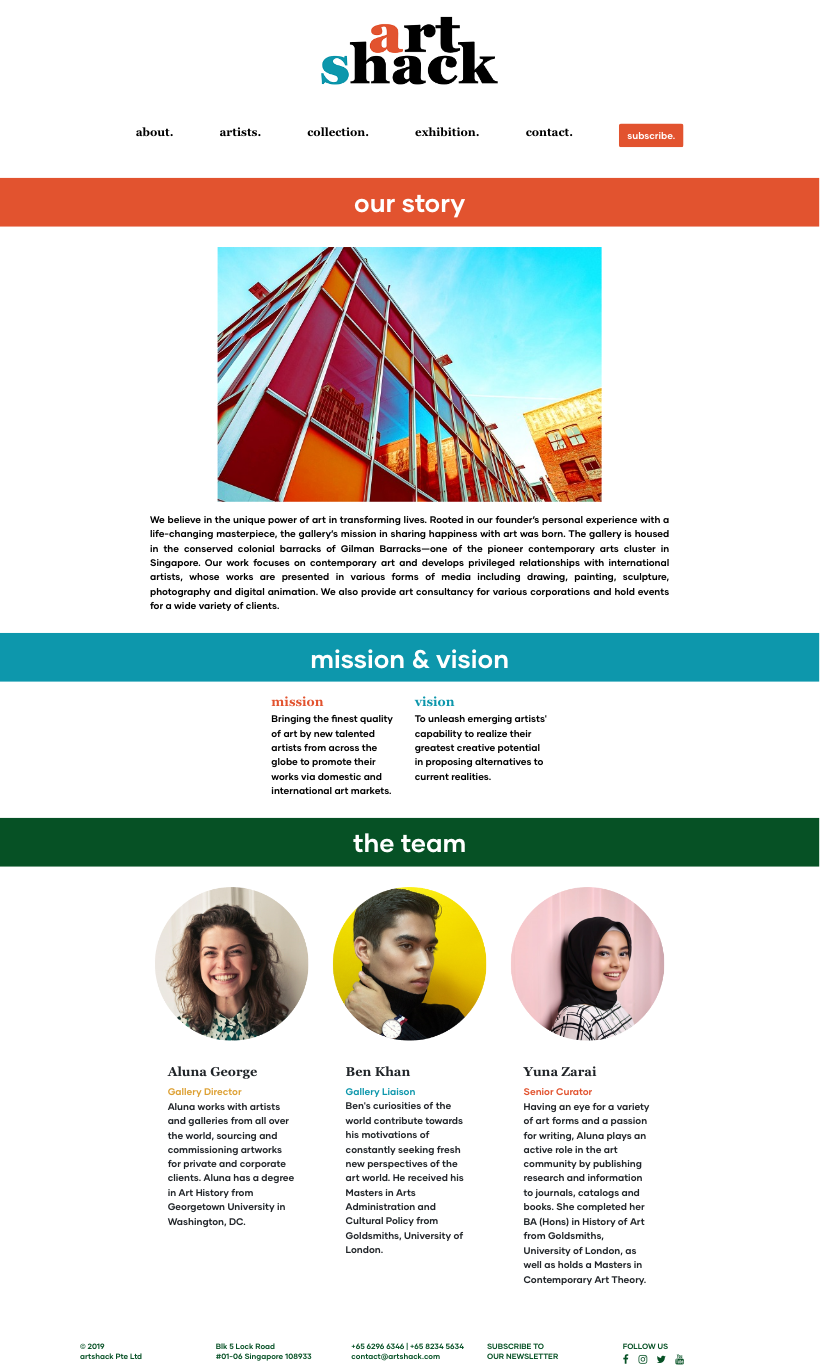
Repository: lynette-lyf/artshack
Page: about.html
The author's editor kept a record of every edit. The page is drawn from the files as they stood at one moment, then again after the next edit.
The browser window is 1280 px wide. The page is 1295 px wide, so the pictures cover 1295 px, including what lies to the right of the window. The pictures show the whole page, at 64% of full size.

Above is the page before.
Not found: about.css

### about.html
<!doctype html>
<html lang="en">

<head>
  <!-- Required meta tags -->
  <meta charset="utf-8">
  <meta name="viewport" content="width=device-width, initial-scale=1, shrink-to-fit=no">

  <!-- Bootstrap CSS -->
  <link rel="stylesheet" href="https://stackpath.bootstrapcdn.com/bootstrap/4.3.1/css/bootstrap.min.css" integrity="sha384-ggOyR0iXCbMQv3Xipma34MD+dH/1fQ784/j6cY/iJTQUOhcWr7x9JvoRxT2MZw1T" crossorigin="anonymous">
  <link rel="stylesheet" href="about.css" />
  <link rel="stylesheet" href="https://cdnjs.cloudflare.com/ajax/libs/font-awesome/4.7.0/css/font-awesome.min.css">
  <title>artshack | about</title>

  <style>
/* font converted using font-converter.net. thank you! */
@font-face {
  font-family: "Georgia-Bold";
  src: url("./fonts/georgiab.eot"); /* IE9 Compat Modes */
  src: url("./fonts/georgiab.eot?#iefix") format("embedded-opentype"), /* IE6-IE8 */
    url("./fonts/georgiab.otf") format("opentype"), /* Open Type Font */
    url("./fonts/georgiab.svg") format("svg"), /* Legacy iOS */
    url("./fonts/georgiab.ttf") format("truetype"), /* Safari, Android, iOS */
    url("./fonts/georgiab.woff") format("woff"), /* Modern Browsers */
    url("./fonts/georgiab.woff2") format("woff2"); /* Modern Browsers */
  font-weight: normal;
  font-style: normal;
}

@font-face {
  font-family: "GilmerBold";
  src: url("./fonts/GilmerBold.eot"); /* IE9 Compat Modes */
  src: url("./fonts/GilmerBold.eot?#iefix") format("embedded-opentype"), /* IE6-IE8 */
    url("./fonts/GilmerBold.otf") format("opentype"), /* Open Type Font */
    url("./fonts/GilmerBold.svg") format("svg"), /* Legacy iOS */
    url("./fonts/GilmerBold.ttf") format("truetype"), /* Safari, Android, iOS */
    url("./fonts/GilmerBold.woff") format("woff"), /* Modern Browsers */
    url("./fonts/GilmerBold.woff2") format("woff2"); /* Modern Browsers */
  font-weight: normal;
  font-style: normal;
}

    .logo {
      width: 280px;
    }

    /*Custom BootStrap4 CSS Styling credits to Saranya Rajendran @ https://stackoverflow.com/questions/49400853/how-to-change-navbar-hover-color-on-bootstrap-4/49405726*/

    .navbar-light .navbar-brand {
      color: black;
    }

    .navbar-light .navbar-nav .active>.nav-link,
    .navbar-light .navbar-nav .nav-link.active,
    .navbar-light .navbar-nav .nav-link.show,
    .navbar-light .navbar-nav .show>.nav-link {
      color: black;
    }

    .navbar-light .navbar-nav .nav-link {
      color: black;
    }

    .navbar-light .navbar-nav .nav-link-about,
    .navbar-light .navbar-nav .nav-link-artists,
    .navbar-light .navbar-nav .nav-link-collection,
    .navbar-light .navbar-nav .nav-link-exhibition,
    .navbar-light .navbar-nav .nav-link-contact {
      color: black;
    }

    .navbar-light .navbar-nav .nav-link-about:hover,
    .navbar-light .navbar-nav .nav-link-contact:hover {
      color: rgb(13, 151, 172) !important;
      text-decoration: none;
    }

    .navbar-light .navbar-nav .nav-link-artists:hover {
      color: rgb(6, 81, 37) !important;
      text-decoration: none;
    }

    .navbar-light .navbar-nav .nav-link-collection:hover {
      color: rgb(221, 160, 51) !important;
      text-decoration: none;
    }

    .navbar-light .navbar-nav .nav-link-exhibition:hover {
      color: rgb(226, 83, 47) !important;
      text-decoration: none;
    }

    .navbar ul {
      display: flex;
      align-items: stretch;
      /* Default */
      justify-content: space-around;
      width: 100%;
      background: #fff;
      margin: 0;
      padding: 0;
    }

    .navbar li {
      display: block;
      flex: 0 1 auto;
      /* Default */
      list-style-type: none;
      background: #fff;
    }

    .navbar .nav-item-subscribe {
      color: white;
    }

    .navbar {
      font-family: Georgia-Bold;
      color: black;
      font-size: 18px;
    }

.navbar .navbar-toggler-icon {
  background-image: url(images/navicon.png);!important
}

    form {
      font-family: GilmerBold;
    }

    .form-group .form-control {
      background-color: rgb(6, 81, 37);
      color: white;
    }

    .btn {
      font-family: GilmerBold;
      font-size: 15px;
      color: white;
      background-color: rgb(226, 83, 47);
    }

    .btn:hover {
      color: white;
      background-color: rgb(13, 151, 172);
    }

    .btn:focus {
      color: orange;
    }

    .box {
      background-color: white;
      color: white;
    }

.container-fluid-footer h3 {
  font-family: GilmerBold;
  font-size: 12px;
  color: rgb(6,81,37);
}

.container-fluid-footer h3 a {
  text-decoration: none;
  color: rgb(6,81,37);
}


.container-fluid-footer #socials a {
  text-decoration: none;
  color: rgb(6,81,37);
  margin: 6px;
}

.container-fluid-footer #socials a:hover,
.container-fluid-footer h3 a:hover,
.container-fluid-footer .newsletter:hover{
  color: rgb(221,160,51);
}

@media (max-width: 1023px) {
  .container-fluid-footer .newsletter { display: none; }
}

.container-fluid-ourstory #our-story,
.container-fluid-objective #objective,
.container-fluid-team #team {
  font-family: GilmerBold;
  font-size:40px;
  color:white;
}

.container-fluid-ourstory {
  background-color: rgb(226,83,47);
}

.container-fluid-ourstorycontent p {
  font-family:GilmerBold;
  font-size: 15px;
  color: black;
}

.container-fluid-objective {
  background-color: rgb(13,151,172);
}

.container-fluid-team {
  background-color: rgb(6,81,37);
}

  </style>

</head>



<header>
  <!--LOGO WITH NAVIGATION TO HOMEPAGE-->
  <div class="container-fluid">
    <div class="logo mx-auto pt-4">
      <a href="index.html"><img class="img-fluid" src="images/logo.png"></img></a>
    </div>

  </div>

  <div class="container-fluid pl-0 pr-0">
    <!--NAVBAR-->
    <nav class="navbar navbar-expand-lg navbar-light bg-nobg w-75 d-block mx-auto">
      <a class="navbar-brand" href="#"></a>
      <button class="navbar-toggler" style="border:none;" type="button" data-toggle="collapse" data-target="#navbarNav" aria-controls="navbarNav" aria-expanded="false" aria-label="Toggle navigation">
    <span class="navbar-toggler-icon"></span>
  </button>
      <div class="collapse navbar-collapse" id="navbarNav">
        <ul class="navbar-nav">
          <li class="nav-item active">
            <a class="nav-link-about" href="about.html">about.</a>
          </li>
          <li class="nav-item">
            <a class="nav-link-artists" href="artists.html">artists.</a>
          </li>
          <li class="nav-item">
            <a class="nav-link-collection" href="index.html#collection">collection.</a>
          </li>
          <li class="nav-item">
            <a class="nav-link-exhibition" href="index.html#current-exhibition">exhibition.</a>
          </li>
          <li class="nav-item">
            <a class="nav-link-contact" href="index.html#contact">contact.</a>
          </li>
          <!--Modal credits to https://mdbootstrap.com/docs/jquery/modals/forms/-->
          <li class="nav-item-subscribe">
            <a class="btn btn-default btn-rounded mb-4" data-toggle="modal" data-target="#modalSubscriptionForm">subscribe.</a>
          </li>
          <div class="modal fade" id="modalSubscriptionForm" tabindex="-1" role="dialog" aria-labelledby="myModalLabel" aria-hidden="true">
            <div class="modal-dialog" role="document">
              <div class="modal-content" style="background-color:rgb(221,160,51);">
                <div class="modal-header text-center mx-auto" style="color: white;background-color:rgb(221,160,51);">
                  <h4 class="modal-title">Subscribe to our Newsletter
                    <div style="font-size: 14px">(& get exclusive invitations to
                      <div> our exhibition openings!)</div>
                    </div>
                  </h4>
                  <button type="button" class="close" data-dismiss="modal" aria-label="Close">
          <span aria-hidden="true">&times;</span>
        </button>
                </div>
                <div class="modal-body" style="color: white;background-color:rgb(6,81,37);">
                  <div class="md-form mb-1 mt-2 mx-3">
                    <input type="text" id="form3" class="form-control validate">
                    <label data-error="wrong" data-success="right" for="form3">name</label>
                  </div>



                  <div class="md-form mx-3">
                    <input type="email" id="form2" class="form-control validate">
                    <label data-error="wrong" data-success="right" for="form2">email address</label>
                  </div>

                </div>
                <div class="modal-footer d-flex justify-content-center" style="color: white;background-color:rgb(226,83,47);>
                <button id="submit" type="submit" class="btn" data-dismiss="modal">Subscribe</button>
      </div>
    </div>
  </div>
</div>
        </ul>
      </div>
    </nav>
</header>

<body>
<!--OUR STORY-->
<div class="container-fluid-ourstory mt-3 mb-3">
            <div class="row ">
              <div class="col text-center my-2 mx-3" id="our-story">our story</div>
            </div>
</div>
<div class="container-fluid-ourstorycontent">
<div class="row">
<div class="col pt-3 pb-3">
<img class="img-fluid mx-auto d-block" src="images/galleryexterior.jpg"></div>
<div class="row text-left justify-content-center mx-4">
  <div class="col col-lg-8">
    <p class="text-justify">We believe in the unique power of art in transforming lives.
    Rooted in our founder’s personal experience with a life-changing masterpiece,
    the gallery’s mission in sharing happiness with art was born. The gallery is
    housed in the conserved colonial barracks of Gilman Barracks—one of the pioneer
    contemporary arts cluster in Singapore. Our work focuses on contemporary art and
    develops privileged relationships with international artists, whose works are
    presented in various forms of media including drawing, painting, sculpture,
    photography and digital animation. We also provide art consultancy for various
    corporations and hold events for a wide variety of clients.</p>
</div>
</div>
</div>
<!--MISSION & VISION-->
<div class="container-fluid-objective mt-3 mb-3">
            <div class="row ">
              <div class="col text-center my-2 mx-1" id="objective">mission & vision</div>
            </div>
</div>
<div class="row justify-content-center mx-3">
<div class="col col-lg-2 col-md-6 col-sm-8 mx-2 px-0 py-0"><span style="font-family: Georgia-Bold; font-size: 20px; color: rgb(226,83,47)">mission</span><br>
<p style="font-family: GilmerBold; font-size:15px;">Bringing the finest quality of art by new talented artists from
across the globe to promote their works via domestic and international art markets.</p></div>

<div class="col col-lg-2 col-md-6 col-sm-8 mx-2 px-0 py-0"><span style="font-family: Georgia-Bold; font-size: 20px; color: rgb(13,151,172)">vision</span><br>
<p style="font-family: GilmerBold; font-size:15px;">To unleash emerging artists' capability to realize their greatest creative potential in proposing alternatives to current realities.</p></div>

</div>
</div>

<!--THE TEAM-->

<div class="container-fluid-team mt-3 mb-3">
            <div class="row ">
              <div class="col text-center my-2 mx-1" id="team">the team</div>
            </div>

</div>


<div class="container-fluid-teaminfo d-flex justify-content-center">
<div class="row">
<div class="col pt-3 pb-3 mx-1">
<div class="card mx-auto" style="width: 15rem; border:none;">
  <img src="images/about1.png" class="card-img-top" alt="...">
  <div class="card-body h-100">
    <p class="card-text">
    <h2 style="font-family: Georgia-Bold; font-size: 20px;">Aluna George</h2>
    <div style="font-family: GilmerBold; font-size: 15px; color: rgb(221,160,51); margin:0px;">Gallery Director</div>

    <p style="font-family: GilmerBold; font-size: 15px;">
  Aluna works with artists and galleries from all over the world,
  sourcing and commissioning artworks for private and corporate clients.
  Aluna has a degree in Art History from Georgetown University in Washington, DC.
</p>
  </div>


</div>
</div>

<div class="col pt-3 pb-3 mx-1">
<div class="card mx-auto" style="width: 15rem; border:none;">
  <img src="images/about2.png" class="card-img-top" alt="...">
  <div class="card-body h-100">
    <p class="card-text">
    <h2 style="font-family: Georgia-Bold; font-size: 20px;">Ben Khan</h2>
    <div style="font-family: GilmerBold; font-size: 15px; color: rgb(13,151,172); margin:0px;">Gallery Liaison</div>

    <p style="font-family: GilmerBold; font-size: 15px;">
    Ben's curiosities of the world contribute towards his motivations
    of constantly seeking fresh new perspectives of the art world.
    He received his Masters in Arts Administration and Cultural Policy from Goldsmiths, University of London.
</p>

  </div>
</div>
</div>

<div class="col pt-3 pb-3 mx-1">
<div class="card mx-auto" style="width: 15rem; border:none;">
  <img src="images/about3.png" class="card-img-top" alt="...">
  <div class="card-body h-100">
    <p class="card-text">
     <h2 style="font-family: Georgia-Bold; font-size: 20px;">Yuna Zarai</h2>
    <div style="font-family: GilmerBold; font-size: 15px; color: rgb(226,83,47); margin:0px;">Senior Curator</div>

    <p style="font-family: GilmerBold; font-size: 15px;">
  Having an eye for a variety of art forms and a passion for writing,
  Aluna plays an active role in the art community by publishing research
  and information to journals, catalogs and books. She completed her BA (Hons)
  in History of Art from Goldsmiths, University of London,
  as well as holds a Masters in Contemporary Art Theory.
</p>
  </div>
</div>
</div>

</div>
</div>
</div>

                <!-- Optional JavaScript -->
                <!-- jQuery first, then Popper.js, then Bootstrap JS -->
                <script src="https://code.jquery.com/jquery-3.3.1.slim.min.js " integrity="sha384-q8i/X+965DzO0rT7abK41JStQIAqVgRVzpbzo5smXKp4YfRvH+8abtTE1Pi6jizo " crossorigin="anonymous ">
                </script>
                <script src="https://cdnjs.cloudflare.com/ajax/libs/popper.js/1.14.7/umd/popper.min.js " integrity="sha384-UO2eT0CpHqdSJQ6hJty5KVphtPhzWj9WO1clHTMGa3JDZwrnQq4sF86dIHNDz0W1 " crossorigin="anonymous ">
                </script>
                <script src="https://stackpath.bootstrapcdn.com/bootstrap/4.3.1/js/bootstrap.min.js " integrity="sha384-JjSmVgyd0p3pXB1rRibZUAYoIIy6OrQ6VrjIEaFf/nJGzIxFDsf4x0xIM+B07jRM " crossorigin="anonymous ">
                </script>
</body>


<footer>

<!--PAGE FOOTER-->
  <div class="container-fluid-footer">
  <div class="box">&nbsp;</div>
            <div class="row justify-content-center pt-1 mx-1 mt-2 mb-2">
              <div class="column col-xl-2 col-lg-2 col-md-3 col-sm-10">
<h3 class="copyright">© 2019<br>artshack Pte Ltd</h3>
</div>
<div class="column col-xl-2 col-lg-3 col-md-3 col-sm-10">
<h3 class="address">Blk 5 Lock Road<br> #01-06 Singapore 108933</h3>
</div>

<div class="column col-xl-2 col-lg-3 col-md-3 col-sm-10 ">
<h3 class="contactinfo"><a href="tel:+6562966346">+65 6296 6346</a>  |  <a href="tel:+6582345634">+65 8234 5634</a><br><a href="mailto:contact@artshack.com">contact@artshack.com</a></h3>
</div>


<div class="column col-xl-2 col-lg-2 col-md-0 col-sm-0">
<h3 class="newsletter"><a data-toggle="modal" data-target="#modalSubscriptionForm">SUBSCRIBE TO<br>OUR NEWSLETTER</h3></a>
</div>

<div class="column col-xl-2 col-lg-2 col-md-3 col-sm-10 " id="socials">
<h3 class="socials" style="padding: 0px; margin: 0px;">FOLLOW US</h3>
  <a style="margin-left:0px;" href="https://www.facebook.com"><i class="fa fa-facebook"></i></a>
  <a style="margin:5px" href="https://www.instagram.com"><i class="fa fa-instagram"></i></a>
  <a style="margin:5px" href="https://www.twitter.com"><i class="fa fa-twitter"></i></a>
  <a style="margin:5px" href="https://www.youtube.com"><i class="fa fa-youtube"></i></a>
</div>

</div>
</div>
</div>

</footer>

</html>

After the next edit:
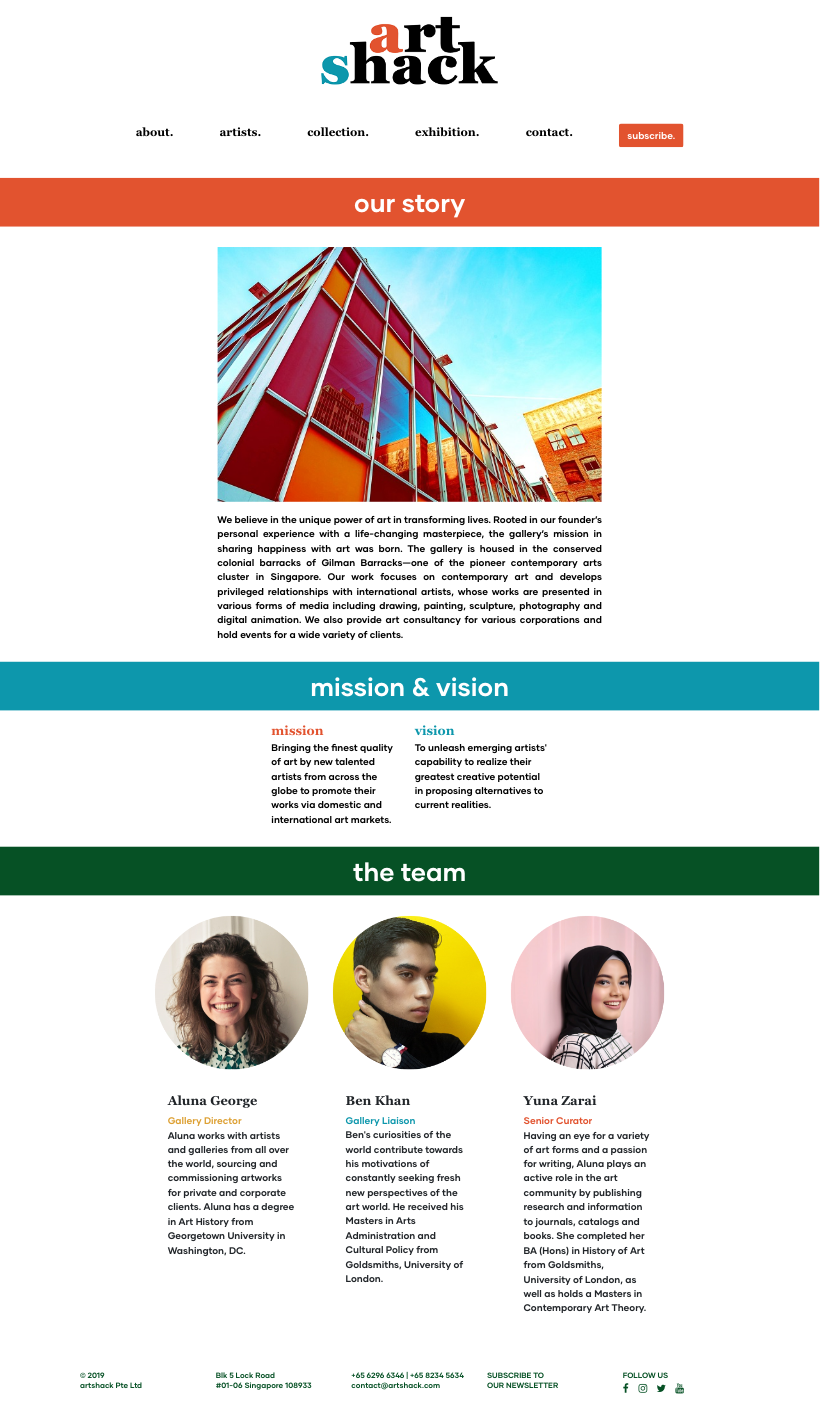
The edit:
--- a/about.html
+++ b/about.html
@@ -300,7 +300,7 @@
 <div class="col pt-3 pb-3">
 <img class="img-fluid mx-auto d-block" src="images/galleryexterior.jpg"></div>
 <div class="row text-left justify-content-center mx-4">
-  <div class="col col-lg-8">
+  <div class="col col-lg-6">
     <p class="text-justify">We believe in the unique power of art in transforming lives.
     Rooted in our founder’s personal experience with a life-changing masterpiece,
     the gallery’s mission in sharing happiness with art was born. The gallery is
